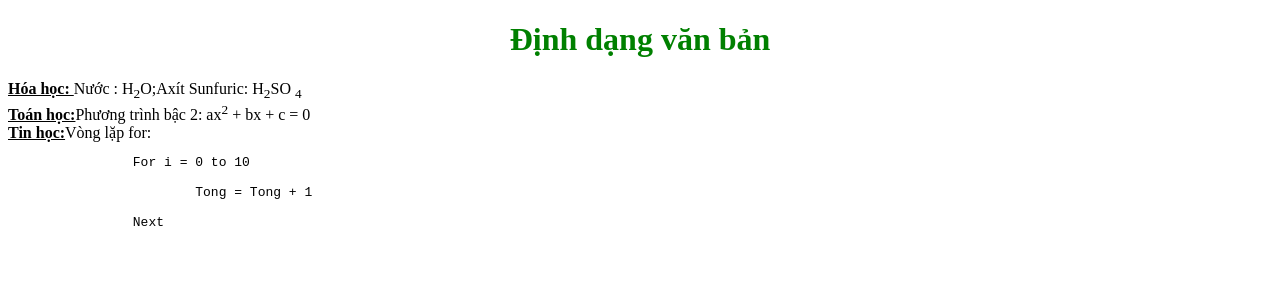
Repository: NgocTruong0701/Self_Learning
Page: html/practice/Baitapweb/Web3.2.3LeNgocTruong-2020601391.html
These files come from the project's save history. The page is drawn as it stood at one moment and after the next save; the edit follows.
The browser window is 1280 px wide. The pictures show the whole page.

Above is the page before, as saved 2021-09-29 23:45:47.

### html/practice/Baitapweb/Web3.2.3LeNgocTruong-2020601391.html
<!DOCTYPE html>
<html>
    <head>
        <title>Bài 3 Phiếu 2 Bài 3</title>
        <meta charset="UTF-8">
        <meta name="author" content="Lê Ngọc Trường">
        <style>
            .heading{
                text-align: center;
                color:green;
            }

            .Tenmon{
                font-weight: bold;
                text-decoration:underline;
            }
        </style>
    </head>
    <body>
        <h1 class="heading">Định dạng văn bản</h1>

        <div class="dong1">
            <span class="Tenmon">Hóa học: </span><span class="nghieng">Nước : </span>
            <span class="colorred">H<sub>2</sub>O</span>;<span class="nghieng">Axít Sunfuric: </span> <span class="colorred">H<sub>2</sub>SO <sub>4</sub></span>
        </div>
        <div class="dong2">
            <span class="Tenmon">Toán học:</span><span class="nghieng">Phương trình bậc 2:</span>
            <span class="colorred">ax<sup>2</sup> + bx + c = 0</span>
            <br>
            <span class="Tenmon">Tin học:</span><span class="nghieng">Vòng lặp for:
            <pre>
                For i = 0 to 10

                        Tong = Tong + 1

                Next
            </pre>
    </body>
</html>

After the next save:
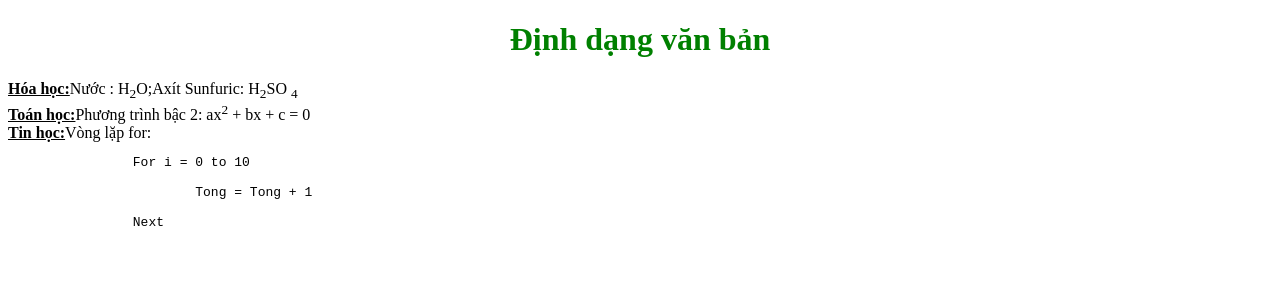
Saved 17 s later.
--- a/html/practice/Baitapweb/Web3.2.3LeNgocTruong-2020601391.html
+++ b/html/practice/Baitapweb/Web3.2.3LeNgocTruong-2020601391.html
@@ -20,7 +20,7 @@
         <h1 class="heading">Định dạng văn bản</h1>
 
         <div class="dong1">
-            <span class="Tenmon">Hóa học: </span><span class="nghieng">Nước : </span>
+            <span class="Tenmon">Hóa học:</span><span class="nghieng">Nước : </span>
             <span class="colorred">H<sub>2</sub>O</span>;<span class="nghieng">Axít Sunfuric: </span> <span class="colorred">H<sub>2</sub>SO <sub>4</sub></span>
         </div>
         <div class="dong2">
